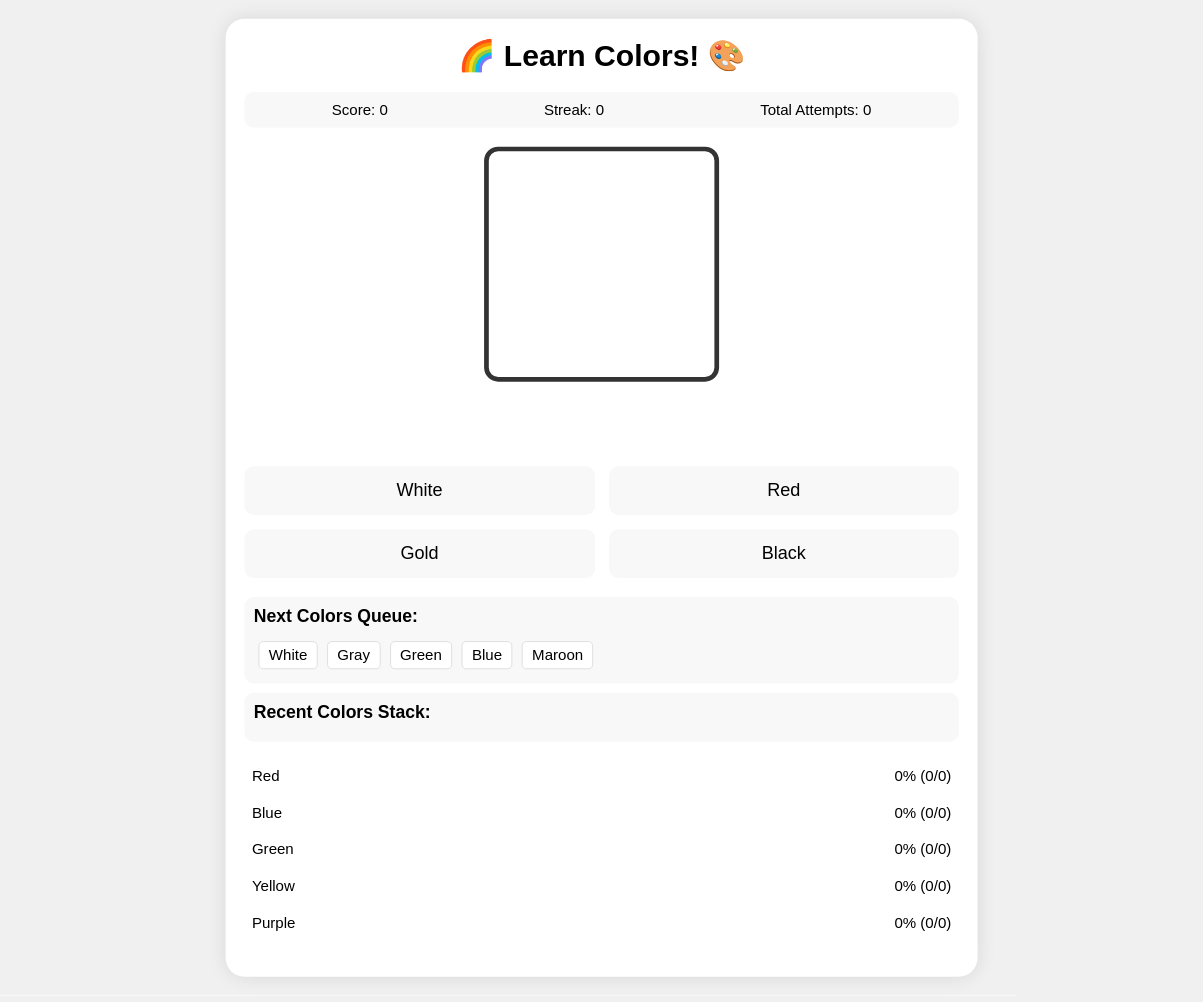
Repository: abhijeets54/learncolors
Page: project.html
The author's editor kept a copy of each file at every save. The page is drawn from the files as they stood at one save, then again after the next save.
The browser window is 1280 px wide. The pictures show the whole page, at 94% of full size.

Above is the page before, as saved 2024-11-14 15:52:41.

### project.html
<!DOCTYPE html>
<html lang="en">
<head>
    <meta charset="UTF-8">
    <meta name="viewport" content="width=device-width, initial-scale=1.0">
    <title>Learn Colors!</title>
    <style>
        * {
            margin: 0;
            padding: 0;
            box-sizing: border-box;
            font-family: 'Comic Sans MS', cursive, sans-serif;
        }

        body {
            min-height: 100vh;
            background: #f0f0f0;
            padding: 20px;
        }

        .container {
            max-width: 800px;
            margin: 0 auto;
            background: white;
            padding: 20px;
            border-radius: 20px;
            box-shadow: 0 0 20px rgba(0,0,0,0.1);
        }

        .header {
            text-align: center;
            margin-bottom: 20px;
        }

        .stats {
            display: flex;
            justify-content: space-around;
            margin: 20px 0;
            padding: 10px;
            background: #f8f8f8;
            border-radius: 10px;
        }

        .color-display {
            width: 250px;
            height: 250px;
            margin: 20px auto;
            border-radius: 15px;
            border: 5px solid #333;
        }

        .options-grid {
            display: grid;
            grid-template-columns: repeat(2, 1fr);
            gap: 15px;
            margin: 20px 0;
        }

        .color-btn {
            padding: 15px;
            font-size: 1.2em;
            border: none;
            border-radius: 10px;
            cursor: pointer;
            background: #f8f8f8;
            transition: transform 0.2s;
        }

        .color-btn:hover {
            transform: scale(1.05);
        }

        .feedback {
            text-align: center;
            height: 50px;
            font-size: 1.5em;
            margin: 20px 0;
        }

        .queue-display, .stack-display {
            background: #f8f8f8;
            padding: 10px;
            margin: 10px 0;
            border-radius: 10px;
        }

        .queue-display h3, .stack-display h3 {
            margin-bottom: 10px;
        }

        .color-item {
            display: inline-block;
            margin: 5px;
            padding: 5px 10px;
            border-radius: 5px;
            background: #fff;
            border: 1px solid #ddd;
        }

        .performance-list {
            list-style: none;
            margin: 20px 0;
        }

        .performance-item {
            padding: 8px;
            margin: 5px 0;
            background: #fff;
            border-radius: 5px;
            display: flex;
            justify-content: space-between;
        }
    </style>
</head>
<body>
    <div class="container">
        <div class="header">
            <h1>🌈 Learn Colors! 🎨</h1>
        </div>

        <div class="stats">
            <div>Score: <span id="score">0</span></div>
            <div>Streak: <span id="streak">0</span></div>
            <div>Total Attempts: <span id="attempts">0</span></div>
        </div>

        <div class="color-display" id="colorDisplay"></div>
        <div class="feedback" id="feedback"></div>
        <div class="options-grid" id="options"></div>

        <div class="queue-display">
            <h3>Next Colors Queue:</h3>
            <div id="queueDisplay"></div>
        </div>

        <div class="stack-display">
            <h3>Recent Colors Stack:</h3>
            <div id="stackDisplay"></div>
        </div>

        <div class="performance-list" id="performanceList"></div>
    </div>

    <script>
        // Basic Queue implementation using Array
        class Queue {
            constructor() {
                this.items = [];
            }

            enqueue(element) {
                this.items.push(element);
            }

            dequeue() {
                if(this.isEmpty()) return null;
                return this.items.shift();
            }

            peek() {
                if(this.isEmpty()) return null;
                return this.items[0];
            }

            isEmpty() {
                return this.items.length === 0;
            }

            getItems() {
                return [...this.items];
            }
        }

        // Basic Stack implementation using Array
        class Stack {
            constructor(maxSize = 5) {
                this.items = [];
                this.maxSize = maxSize;
            }

            push(element) {
                if(this.items.length === this.maxSize) {
                    this.items.pop();
                }
                this.items.unshift(element);
            }

            pop() {
                if(this.isEmpty()) return null;
                return this.items.shift();
            }

            peek() {
                if(this.isEmpty()) return null;
                return this.items[0];
            }

            isEmpty() {
                return this.items.length === 0;
            }

            getItems() {
                return [...this.items];
            }
        }

        // Array of basic colors
        const COLORS = [
            { name: 'Red', hex: '#FF0000' },
            { name: 'Blue', hex: '#0000FF' },
            { name: 'Green', hex: '#008000' },
            { name: 'Yellow', hex: '#FFFF00' },
            { name: 'Purple', hex: '#800080' },
            { name: 'Orange', hex: '#FFA500' },
            { name: 'Brown', hex: '#8B4513' },
            { name: 'Black', hex: '#000000' },
            { name: 'White', hex: '#FFFFFF' },
            { name: 'Gray', hex: '#808080' },
            { name: 'Pink', hex: '#FFC0CB' },
            { name: 'Navy', hex: '#000080' },
            { name: 'Maroon', hex: '#800000' },
            { name: 'Teal', hex: '#008080' },
            { name: 'Gold', hex: '#FFD700' }
        ];

        // Performance tracking array
        let colorPerformance = COLORS.map(color => ({
            name: color.name,
            attempts: 0,
            correct: 0
        }));

        // Game state variables
        let score = 0;
        let streak = 0;
        let attempts = 0;
        let currentColor = null;
        let colorQueue = new Queue();
        let recentColors = new Stack(5);

        // Initialize color queue with random colors
        function initializeQueue() {
            // Fisher-Yates shuffle algorithm
            let shuffledColors = [...COLORS];
            for(let i = shuffledColors.length - 1; i > 0; i--) {
                const j = Math.floor(Math.random() * (i + 1));
                [shuffledColors[i], shuffledColors[j]] = [shuffledColors[j], shuffledColors[i]];
            }

            shuffledColors.forEach(color => colorQueue.enqueue(color));
        }

        // Bubble sort for performance ranking
        function sortPerformance() {
            let arr = [...colorPerformance];
            for(let i = 0; i < arr.length; i++) {
                for(let j = 0; j < arr.length - i - 1; j++) {
                    let rate1 = arr[j].attempts === 0 ? 0 : (arr[j].correct / arr[j].attempts);
                    let rate2 = arr[j+1].attempts === 0 ? 0 : (arr[j+1].correct / arr[j+1].attempts);
                    if(rate1 < rate2) {
                        [arr[j], arr[j+1]] = [arr[j+1], arr[j]];
                    }
                }
            }
            return arr;
        }

        // Generate options using selection sort for difficulty
        function generateOptions(correctColor) {
            let options = [correctColor];
            let availableColors = COLORS.filter(c => c !== correctColor);

            // Selection sort based on performance (to mix easy and hard colors)
            for(let i = 0; i < availableColors.length; i++) {
                let minIdx = i;
                for(let j = i + 1; j < availableColors.length; j++) {
                    let perf1 = colorPerformance.find(p => p.name === availableColors[minIdx].name);
                    let perf2 = colorPerformance.find(p => p.name === availableColors[j].name);
                    let rate1 = perf1.attempts === 0 ? 0 : (perf1.correct / perf1.attempts);
                    let rate2 = perf2.attempts === 0 ? 0 : (perf2.correct / perf2.attempts);
                    if(rate1 > rate2) minIdx = j;
                }
                if(minIdx !== i) {
                    [availableColors[i], availableColors[minIdx]] =
                    [availableColors[minIdx], availableColors[i]];
                }
            }

            // Select 3 more colors (mix of easy and difficult)
            options.push(availableColors[0]); // Most difficult
            options.push(availableColors[Math.floor(availableColors.length / 2)]); // Medium
            options.push(availableColors[availableColors.length - 1]); // Easiest

            // Shuffle options
            return options.sort(() => Math.random() - 0.5);
        }

        function updateDisplay() {
            document.getElementById('score').textContent = score;
            document.getElementById('streak').textContent = streak;
            document.getElementById('attempts').textContent = attempts;

            // Update queue display
            const queueItems = colorQueue.getItems();
            document.getElementById('queueDisplay').innerHTML = queueItems
                .slice(0, 5)
                .map(color => `<span class="color-item">${color.name}</span>`)
                .join('');

            // Update stack display
            const stackItems = recentColors.getItems();
            document.getElementById('stackDisplay').innerHTML = stackItems
                .map(color => `<span class="color-item">${color.name}</span>`)
                .join('');

            // Update performance list
            const sortedPerformance = sortPerformance().slice(0, 5);
            document.getElementById('performanceList').innerHTML = sortedPerformance
                .map(p => {
                    const rate = p.attempts === 0 ? 0 : Math.round((p.correct / p.attempts) * 100);
                    return `<div class="performance-item">
                        <span>${p.name}</span>
                        <span>${rate}% (${p.correct}/${p.attempts})</span>
                    </div>`;
                })
                .join('');
        }

        function nextColor() {
            if(colorQueue.isEmpty()) {
                initializeQueue();
            }
            currentColor = colorQueue.dequeue();
            if(currentColor) {
                document.getElementById('colorDisplay').style.backgroundColor = currentColor.hex;
                const options = generateOptions(currentColor);

                document.getElementById('options').innerHTML = options
                    .map(color => `<button class="color-btn" onclick="checkAnswer('${color.name}')">
                        ${color.name}
                    </button>`)
                    .join('');
            }
        }

        function checkAnswer(answer) {
            attempts++;
            const isCorrect = answer === currentColor.name;

            // Update performance tracking
            const perf = colorPerformance.find(p => p.name === currentColor.name);
            perf.attempts++;
            if(isCorrect) {
                perf.correct++;
                score += 10 * (streak + 1);
                streak++;
            } else {
                streak = 0;
            }

            // Update recent colors stack
            recentColors.push(currentColor);

            // Show feedback
            const feedback = document.getElementById('feedback');
            feedback.textContent = isCorrect ?
                '🎉 Correct! Well done! 🌟' :
                `Try again! That was ${currentColor.name}`;
            feedback.style.color = isCorrect ? 'green' : 'red';

            updateDisplay();
            setTimeout(() => {
                feedback.textContent = '';
                nextColor();
            }, 1500);
        }

        // Initialize game
        initializeQueue();
        updateDisplay();
        nextColor();
    </script>
</body>
</html>

After the next save:
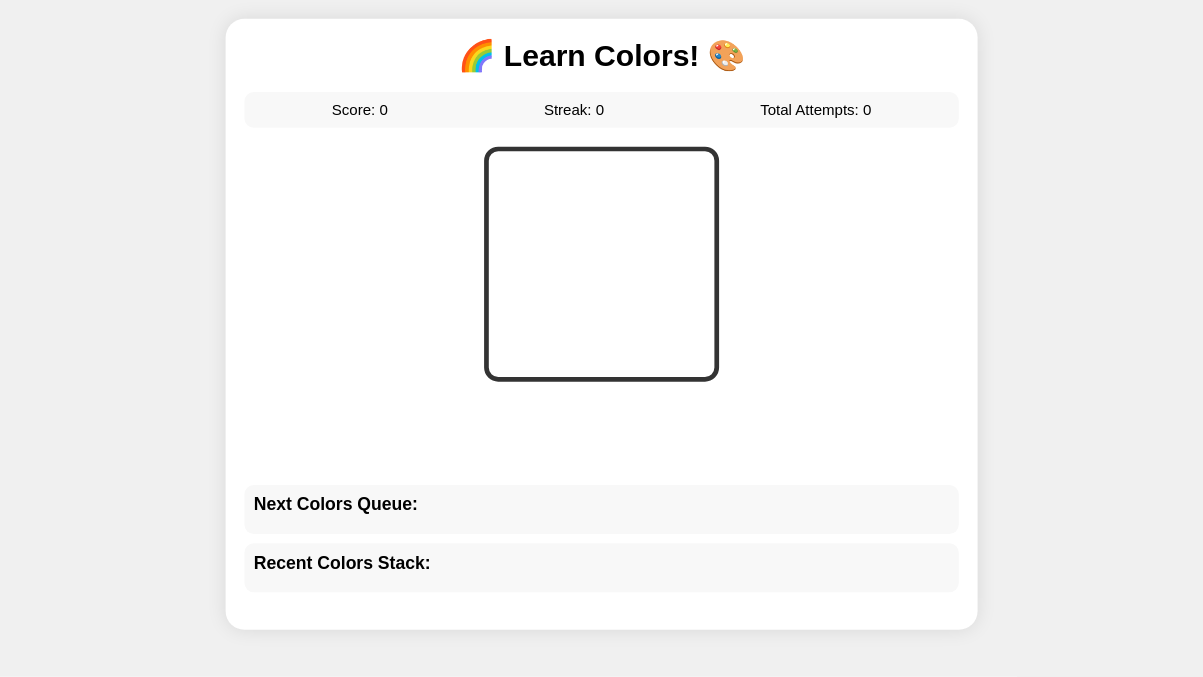
Console error: ReferenceError: initializeQueue is not defined
Saved 53 s later.
--- a/project.html
+++ b/project.html
@@ -239,16 +239,16 @@
         let recentColors = new Stack(5);
 
         // Initialize color queue with random colors
-        function initializeQueue() {
-            // Fisher-Yates shuffle algorithm
-            let shuffledColors = [...COLORS];
-            for(let i = shuffledColors.length - 1; i > 0; i--) {
-                const j = Math.floor(Math.random() * (i + 1));
-                [shuffledColors[i], shuffledColors[j]] = [shuffledColors[j], shuffledColors[i]];
-            }
-
-            shuffledColors.forEach(color => colorQueue.enqueue(color));
-        }
+        // function initializeQueue() {
+        //     // Fisher-Yates shuffle algorithm
+        //     let shuffledColors = [...COLORS];
+        //     for(let i = shuffledColors.length - 1; i > 0; i--) {
+        //         const j = Math.floor(Math.random() * (i + 1));
+        //         [shuffledColors[i], shuffledColors[j]] = [shuffledColors[j], shuffledColors[i]];
+        //     }
+
+        //     shuffledColors.forEach(color => colorQueue.enqueue(color));
+        // }
 
         // Bubble sort for performance ranking
         function sortPerformance() {

After the save that followed:
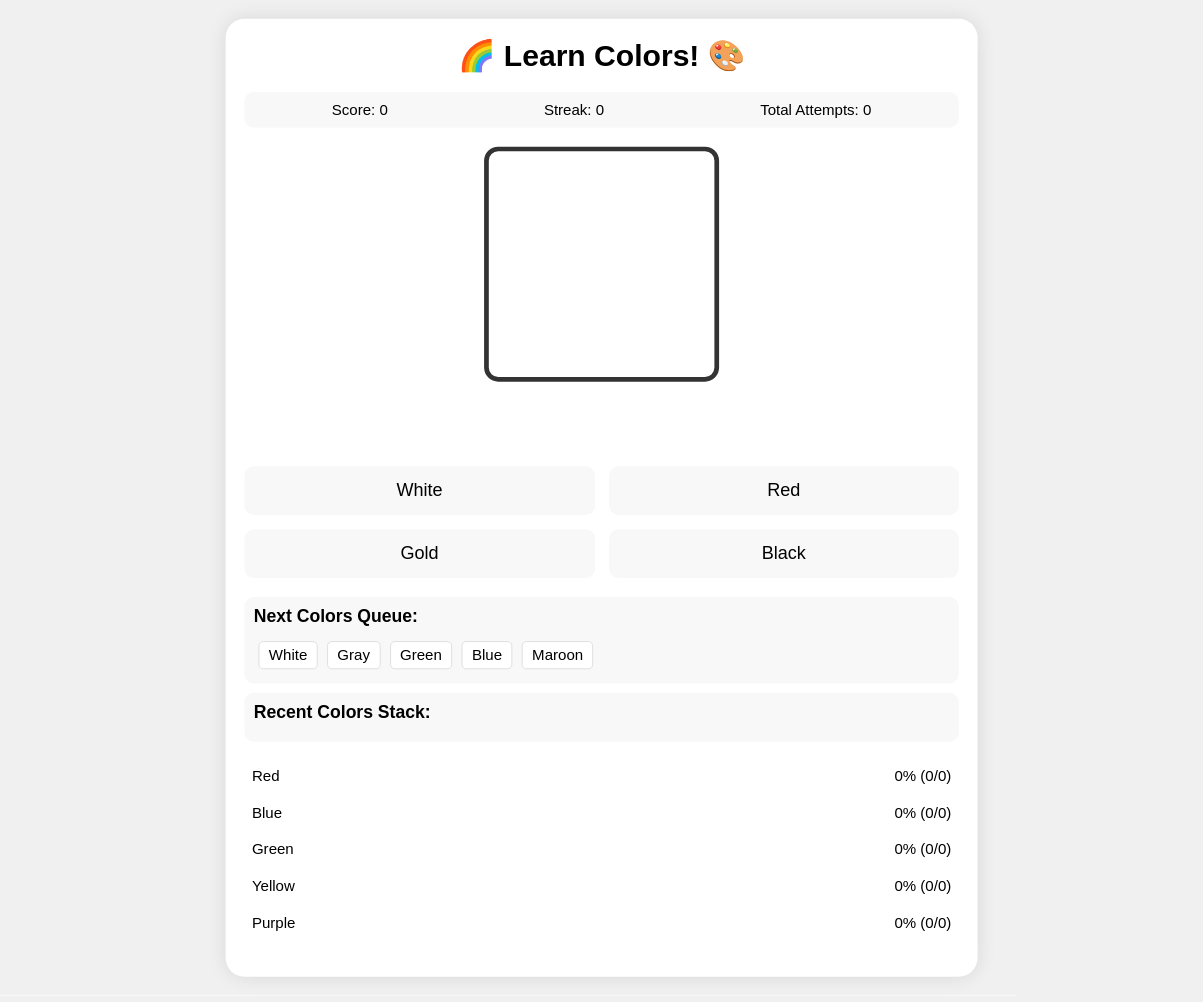
The error is gone.
Saved 27 s later.
--- a/project.html
+++ b/project.html
@@ -239,16 +239,16 @@
         let recentColors = new Stack(5);
 
         // Initialize color queue with random colors
-        // function initializeQueue() {
-        //     // Fisher-Yates shuffle algorithm
-        //     let shuffledColors = [...COLORS];
-        //     for(let i = shuffledColors.length - 1; i > 0; i--) {
-        //         const j = Math.floor(Math.random() * (i + 1));
-        //         [shuffledColors[i], shuffledColors[j]] = [shuffledColors[j], shuffledColors[i]];
-        //     }
-
-        //     shuffledColors.forEach(color => colorQueue.enqueue(color));
-        // }
+        function initializeQueue() {
+            // Fisher-Yates shuffle algorithm
+            let shuffledColors = [...COLORS];
+            for(let i = shuffledColors.length - 1; i > 0; i--) {
+                const j = Math.floor(Math.random() * (i + 1));
+                [shuffledColors[i], shuffledColors[j]] = [shuffledColors[j], shuffledColors[i]];
+            }
+
+            shuffledColors.forEach(color => colorQueue.enqueue(color));
+        }
 
         // Bubble sort for performance ranking
         function sortPerformance() {
